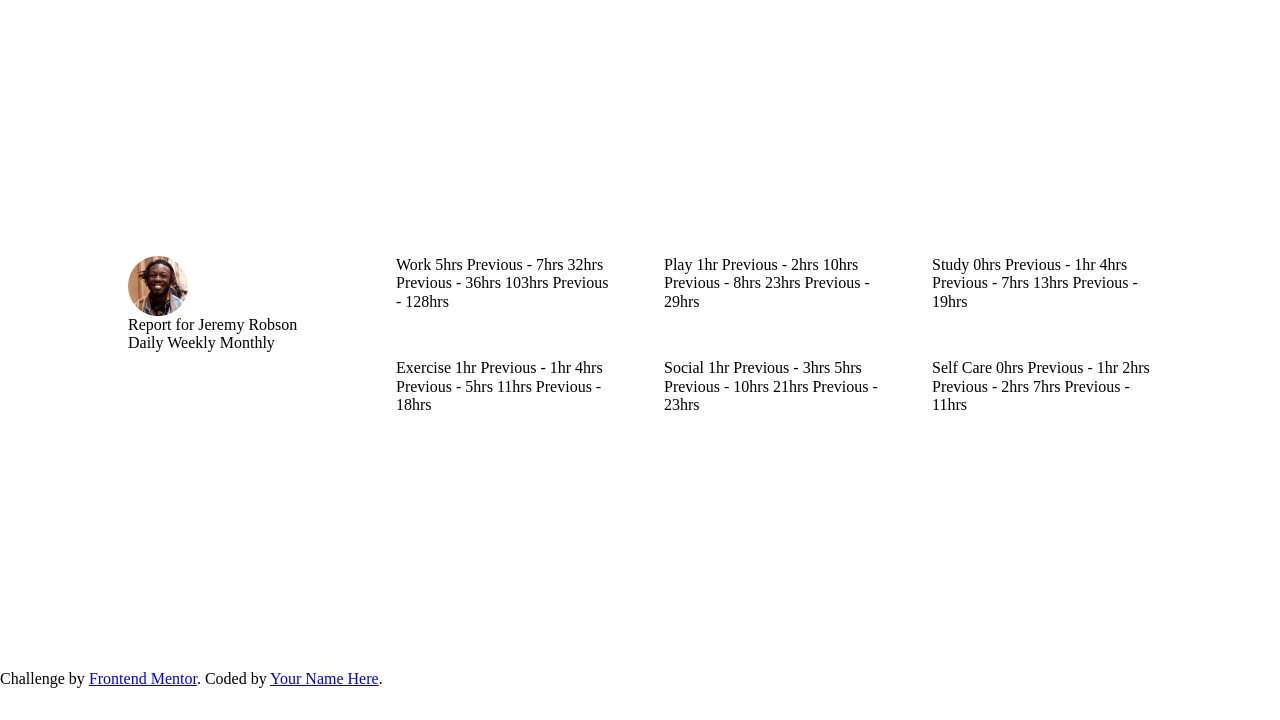
Repository: Jay-JYKim91/FM_time-tracking-dashboard
Page: index.html
These files come from the project's save history. The page is drawn as it stood at one moment and after the next save; the edit follows.
The browser window is 1280 px wide. The pictures show the whole page.

Above is the page before, as saved 2021-12-15 21:44:29.

After the next save:
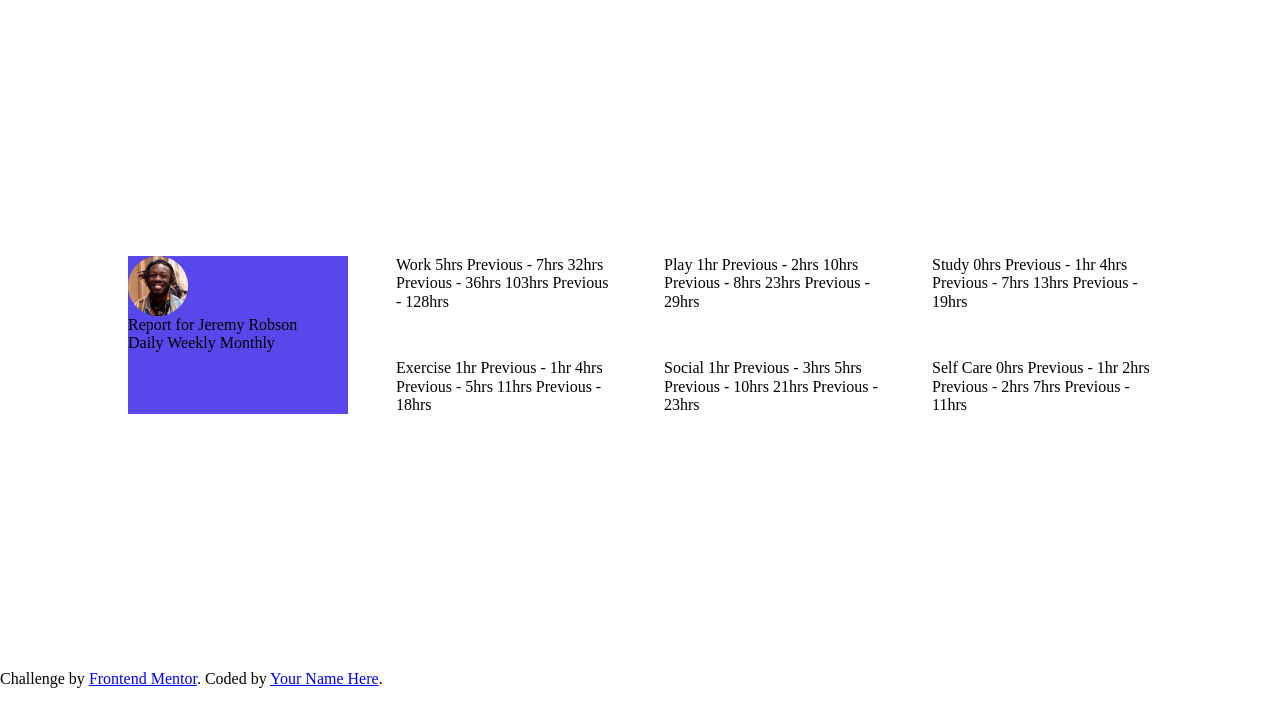
Saved 32 s later.
--- a/style.css
+++ b/style.css
@@ -28,6 +28,7 @@
 }
 .card:first-child {
   grid-row: 1 / 3;
+  background-color: var(--blue);
 }
 .profile {
   width: 60px;
